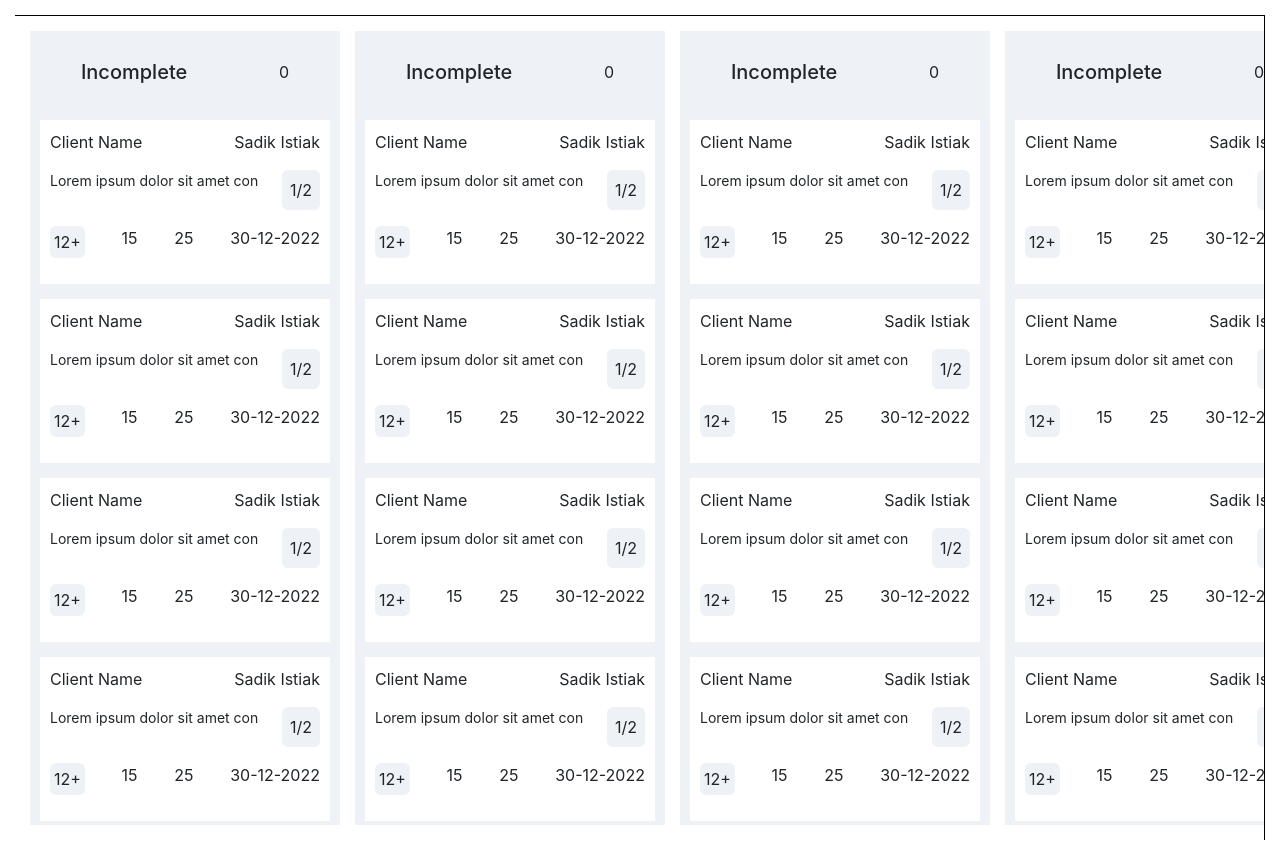
Repository: Sharif-00112/dashboard-task-frontend
Page: /
These files come from the project's save history. The page is drawn as it stood at one moment and after the next save; the edit follows.
The browser window is 1280 px wide. The pictures show the whole page.
The project was rebuilt for these pictures with package versions that can differ from the ones it lists, and the page was loaded fresh each time.

Above is the page before, as saved 2023-01-29 20:04:37.

### public/index.html
<!DOCTYPE html>
<html lang="en">
  <head>
    <meta charset="utf-8" />
    <link rel="icon" href="%PUBLIC_URL%/favicon.ico" />
    <meta name="viewport" content="width=device-width, initial-scale=1" />
    <meta name="theme-color" content="#000000" />
    <meta
      name="description"
      content="Web site created using create-react-app"
    />
    <!-- <script src="https://kit.fontawesome.com/eb9242a349.js" crossorigin="anonymous"></script>
    <link rel="stylesheet" href="https://kit.fontawesome.com/eb9242a349.css" crossorigin="anonymous"> -->

    <link rel="apple-touch-icon" href="%PUBLIC_URL%/logo192.png" />
    <!--
      manifest.json provides metadata used when your web app is installed on a
      user's mobile device or desktop. See https://developers.google.com/web/fundamentals/web-app-manifest/
    -->
    <link rel="manifest" href="%PUBLIC_URL%/manifest.json" />
    <!--
      Notice the use of %PUBLIC_URL% in the tags above.
      It will be replaced with the URL of the `public` folder during the build.
      Only files inside the `public` folder can be referenced from the HTML.

      Unlike "/favicon.ico" or "favicon.ico", "%PUBLIC_URL%/favicon.ico" will
      work correctly both with client-side routing and a non-root public URL.
      Learn how to configure a non-root public URL by running `npm run build`.
    -->
    <title>React App</title>
  </head>
  <body>
    <noscript>You need to enable JavaScript to run this app.</noscript>
    <div id="root"></div>
    <!--
      This HTML file is a template.
      If you open it directly in the browser, you will see an empty page.

      You can add webfonts, meta tags, or analytics to this file.
      The build step will place the bundled scripts into the <body> tag.

      To begin the development, run `npm start` or `yarn start`.
      To create a production bundle, use `npm run build` or `yarn build`.
    -->
  </body>
</html>

### src/index.js
import React from 'react';
import 'bootstrap/dist/css/bootstrap.css';
import ReactDOM from 'react-dom/client';
import './index.css';
import App from './App';
import reportWebVitals from './reportWebVitals';

const root = ReactDOM.createRoot(document.getElementById('root'));
root.render(
  <React.StrictMode>
    <App />
  </React.StrictMode>
);

// If you want to start measuring performance in your app, pass a function
// to log results (for example: reportWebVitals(console.log))
// or send to an analytics endpoint. Learn more: https://bit.ly/CRA-vitals
reportWebVitals();

### src/App.js
import './App.css';
import Dashboard from './Components/Dashboard';
import './Components/styles.css'

function App() {
  return (
    <div className="App">
      <Dashboard></Dashboard>
    </div>
  );
}

export default App;

### src/Components/Dashboard.js
import React from 'react';
import Incomplete from './Incomplete';

const Dashboard = () => {
    return (
        <div className='dashboard landing'  style={{overflowX:"scroll"}} >
            <Incomplete></Incomplete>
            <Incomplete></Incomplete>
            <Incomplete></Incomplete>
            <Incomplete></Incomplete>
            <Incomplete></Incomplete>
            <Incomplete></Incomplete>
        </div>
    );
};

export default Dashboard;

### src/Components/styles.css
.background{
    background-color: rgb(238, 241, 245);
}

.section-container{
    width: 310px;
    height: 100vh;
}

.task-part{
    display: flex;
    justify-content: space-between;
}

.task-title{
    display: flex;
    justify-content: space-around;
    padding: 5px;
}

.task{
    background-color: white;
    margin: 15px 10px;
    padding: 10px;
}

.dashboard{
    display: grid;
    grid-template-columns: 1fr 1fr 1fr 1fr 1fr 1fr;
    grid-gap: 15px;
}

.landing{
    border-top: 1px solid black;
    border-right: 1px solid black;
    padding: 15px;
    margin: 15px;
    width: auto;
}

### src/Components/Incomplete.js
import React, { useState } from 'react';
import { useEffect } from 'react';
import './styles.css';
import Task from './Task';

const Incomplete = () => {
    const [tasks, setTasks] = useState([]);
    useEffect( ()=> {
        fetch('./tasks.JSON')
        .then(res => res.json())
        .then(data => setTasks(data))
    } ,[])
    return (
        <div className='background pt-4'>
            <div className="task-title">
                <h5>Incomplete</h5>
                <p>0</p>
            </div>
            <div style={{overflowY:"scroll"}} className="section-container">
                <div className="task-container">
                    {
                        tasks.map(task => <Task
                            key={task.taskNo}
                            task={task}
                        ></Task>)
                    }
                </div>
            </div>
        </div>
    );
};

export default Incomplete;

### src/Components/Task.js
import React from 'react';
import './styles.css';

const Task = (props) => {
    const {clientName, clientImg, supervisorName, supervisorImg, taskSummary, progress, staff1Img, staff2Img, modules, message, attachment, date} = props.task;
    return (
        <div className='task'>
            <div className="task-part">
                <p>{clientName}</p>
                <p>{supervisorName}</p>
            </div>
            <div className="task-part">
                <small>{taskSummary.substring(0,30)}</small>
                <p className='background p-2 rounded'>{progress}</p>
            </div>
            <div className="task-part">
                <p className='background p-1 rounded'>{modules}+</p>
                <p>{message}</p>
                <p>{attachment}</p>
                <p>{date}</p>
            </div>
        </div>
    );
};

export default Task;

### public/tasks.JSON
[
  {
    "taskNo": 1,
    "clientName": "Client Name",
    "clientImg": "clientIMG.jpg",
    "supervisorName": "Sadik Istiak",
    "supervisorImg": "supervisorIMG.jpg",
    "taskSummary": "Lorem ipsum dolor sit amet consectetur adipisicing elit. Pariatur velit nemo accusamus. Dolorum, doloribus quisquam unde repellat iusto voluptatum quasi?",
    "progress": "1/2",
    "staff1Img": "staff1.jpg",
    "staff2Img": "staff2.jpg",
    "modules": 12,
    "message": 15,
    "attachment": 25,
    "date": "30-12-2022"
  },
  {
    "taskNo": 2,
    "clientName": "Client Name",
    "clientImg": "clientIMG.jpg",
    "supervisorName": "Sadik Istiak",
    "supervisorImg": "supervisorIMG.jpg",
    "taskSummary": "Lorem ipsum dolor sit amet consectetur adipisicing elit. Pariatur velit nemo accusamus. Dolorum, doloribus quisquam unde repellat iusto voluptatum quasi?",
    "progress": "1/2",
    "staff1Img": "staff1.jpg",
    "staff2Img": "staff2.jpg",
    "modules": 12,
    "message": 15,
    "attachment": 25,
    "date": "30-12-2022"
  },
  {
    "taskNo": 3,
    "clientName": "Client Name",
    "clientImg": "clientIMG.jpg",
    "supervisorName": "Sadik Istiak",
    "supervisorImg": "supervisorIMG.jpg",
    "taskSummary": "Lorem ipsum dolor sit amet consectetur adipisicing elit. Pariatur velit nemo accusamus. Dolorum, doloribus quisquam unde repellat iusto voluptatum quasi?",
    "progress": "1/2",
    "staff1Img": "staff1.jpg",
    "staff2Img": "staff2.jpg",
    "modules": 12,
    "message": 15,
    "attachment": 25,
    "date": "30-12-2022"
  },
  {
    "taskNo": 4,
    "clientName": "Client Name",
    "clientImg": "clientIMG.jpg",
    "supervisorName": "Sadik Istiak",
    "supervisorImg": "supervisorIMG.jpg",
    "taskSummary": "Lorem ipsum dolor sit amet consectetur adipisicing elit. Pariatur velit nemo accusamus. Dolorum, doloribus quisquam unde repellat iusto voluptatum quasi?",
    "progress": "1/2",
    "staff1Img": "staff1.jpg",
    "staff2Img": "staff2.jpg",
    "modules": 12,
    "message": 15,
    "attachment": 25,
    "date": "30-12-2022"
  },
  {
    "taskNo": 5,
    "clientName": "Client Name",
    "clientImg": "clientIMG.jpg",
    "supervisorName": "Sadik Istiak",
    "supervisorImg": "supervisorIMG.jpg",
    "taskSummary": "Lorem ipsum dolor sit amet consectetur adipisicing elit. Pariatur velit nemo accusamus. Dolorum, doloribus quisquam unde repellat iusto voluptatum quasi?",
    "progress": "1/2",
    "staff1Img": "staff1.jpg",
    "staff2Img": "staff2.jpg",
    "modules": 12,
    "message": 15,
    "attachment": 25,
    "date": "30-12-2022"
  },
  {
    "taskNo": 6,
    "clientName": "Client Name",
    "clientImg": "clientIMG.jpg",
    "supervisorName": "Sadik Istiak",
    "supervisorImg": "supervisorIMG.jpg",
    "taskSummary": "Lorem ipsum dolor sit amet consectetur adipisicing elit. Pariatur velit nemo accusamus. Dolorum, doloribus quisquam unde repellat iusto voluptatum quasi?",
    "progress": "1/2",
    "staff1Img": "staff1.jpg",
    "staff2Img": "staff2.jpg",
    "modules": 12,
    "message": 15,
    "attachment": 25,
    "date": "30-12-2022"
  },
  {
    "taskNo": 7,
    "clientName": "Client Name",
    "clientImg": "clientIMG.jpg",
    "supervisorName": "Sadik Istiak",
    "supervisorImg": "supervisorIMG.jpg",
    "taskSummary": "Lorem ipsum dolor sit amet consectetur adipisicing elit. Pariatur velit nemo accusamus. Dolorum, doloribus quisquam unde repellat iusto voluptatum quasi?",
    "progress": "1/2",
    "staff1Img": "staff1.jpg",
    "staff2Img": "staff2.jpg",
    "modules": 12,
    "message": 15,
    "attachment": 25,
    "date": "30-12-2022"
  },
  {
    "taskNo": 8,
    "clientName": "Client Name",
    "clientImg": "clientIMG.jpg",
    "supervisorName": "Sadik Istiak",
    "supervisorImg": "supervisorIMG.jpg",
    "taskSummary": "Lorem ipsum dolor sit amet consectetur adipisicing elit. Pariatur velit nemo accusamus. Dolorum, doloribus quisquam unde repellat iusto voluptatum quasi?",
    "progress": "1/2",
    "staff1Img": "staff1.jpg",
    "staff2Img": "staff2.jpg",
    "modules": 12,
    "message": 15,
    "attachment": 25,
    "date": "30-12-2022"
  },
  {
    "taskNo": 9,
    "clientName": "Client Name",
    "clientImg": "clientIMG.jpg",
    "supervisorName": "Sadik Istiak",
    "supervisorImg": "supervisorIMG.jpg",
    "taskSummary": "Lorem ipsum dolor sit amet consectetur adipisicing elit. Pariatur velit nemo accusamus. Dolorum, doloribus quisquam unde repellat iusto voluptatum quasi?",
    "progress": "1/2",
    "staff1Img": "staff1.jpg",
    "staff2Img": "staff2.jpg",
    "modules": 12,
    "message": 15,
    "attachment": 25,
    "date": "30-12-2022"
  },
  {
    "taskNo": 10,
    "clientName": "Client Name",
    "clientImg": "clientIMG.jpg",
    "supervisorName": "Sadik Istiak",
    "supervisorImg": "supervisorIMG.jpg",
    "taskSummary": "Lorem ipsum dolor sit amet consectetur adipisicing elit. Pariatur velit nemo accusamus. Dolorum, doloribus quisquam unde repellat iusto voluptatum quasi?",
    "progress": "1/2",
    "staff1Img": "staff1.jpg",
    "staff2Img": "staff2.jpg",
    "modules": 12,
    "message": 15,
    "attachment": 25,
    "date": "30-12-2022"
  }
]

Loaded but not shown: src/index.css (common file); src/reportWebVitals.js (common file); src/App.css (common file)

After the next save:
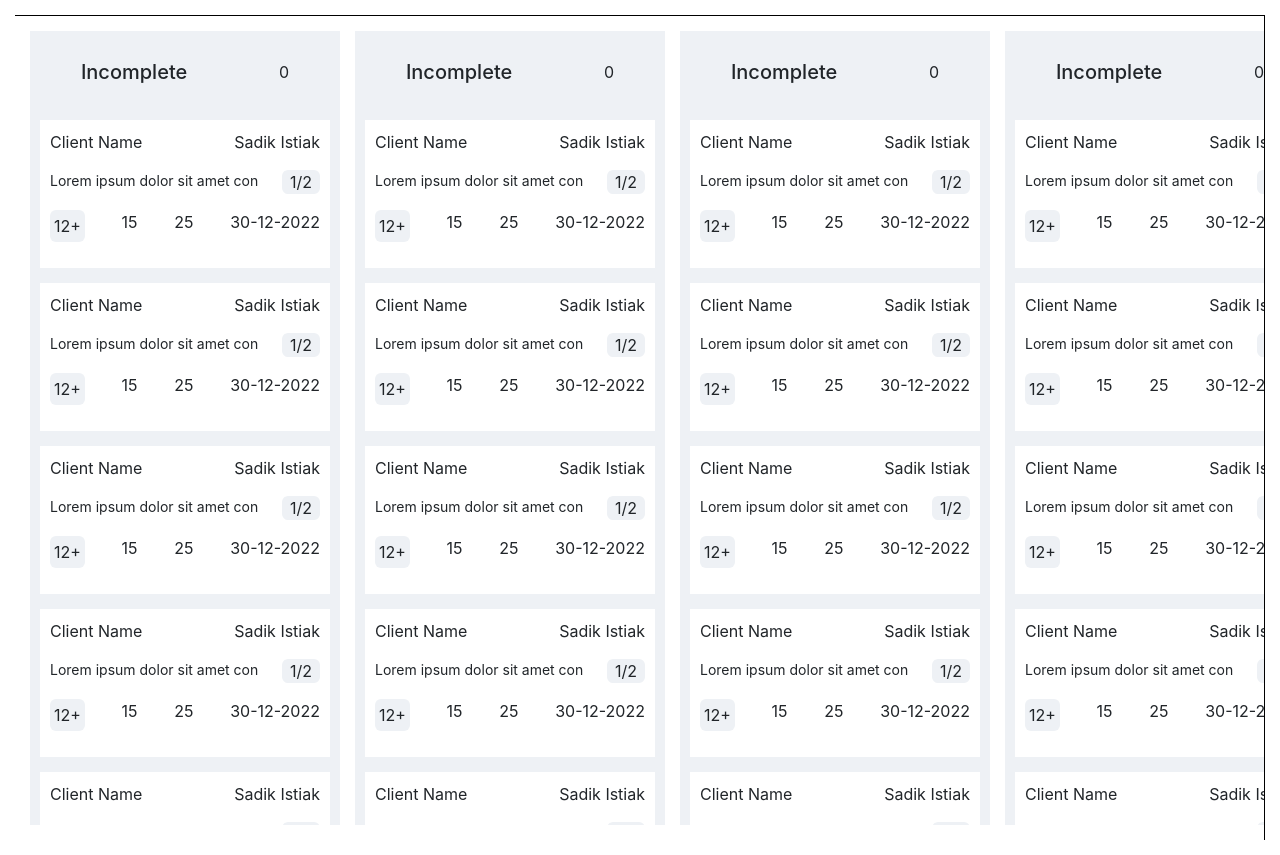
Saved 11 s later.
--- a/src/Components/Task.js
+++ b/src/Components/Task.js
@@ -11,7 +11,7 @@ const Task = (props) => {
             </div>
             <div className="task-part">
                 <small>{taskSummary.substring(0,30)}</small>
-                <p className='background p-2 rounded'>{progress}</p>
+                <p className='background px-2 rounded'>{progress}</p>
             </div>
             <div className="task-part">
                 <p className='background p-1 rounded'>{modules}+</p>
